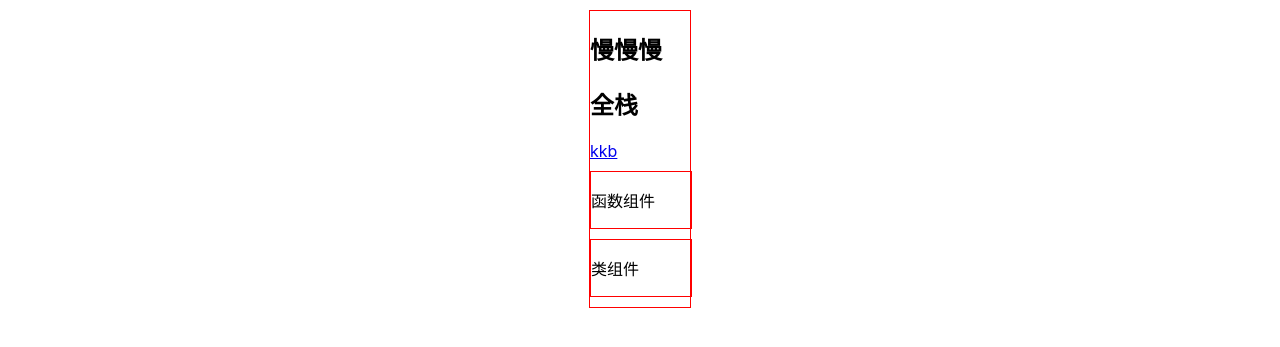
Repository: guoshukun1994/reactByHandWriting
Page: /
The author's editor kept a copy of each file at every save. The page is drawn from the files as they stood at one save, then again after the next save.
The browser window is 1280 px wide. The pictures show the whole page.
The project was rebuilt for these pictures with package versions that can differ from the ones it lists, and the page was loaded fresh each time.

Above is the page before, as saved 2021-02-10 10:04:51.

### src/index.js
import ReactDOM from 'react-dom';
import React, { Component } from 'react';   // 类组件需要用到
// import ReactDOM from './kreact/react-dom';
import './index.css';

// 函数组件02
function FunctionComponent(props) {
  return (
    <div className="border">
      <p>{props.name}</p>
    </div>
  )
}

// 类组件03
class ClassComponent extends Component {
  render() {
    return (
      <div className="border">
        <p>{this.props.name}</p>
      </div>
    )
  }
}

const jsx = (
  <section className="border">
    <h1>慢慢慢</h1>
    <h1>全栈</h1>
    <a href="https://www.kaikeba.com">kkb</a>
    <FunctionComponent name="函数组件"/>
    <ClassComponent name="类组件"/>
  </section>
);

ReactDOM.render(jsx, document.getElementById("root"));

// 原生节点和文本节点01
// const jsx = (
//   <section className="border">
//     <h1>慢慢慢</h1>
//     <h1>全栈</h1>
//     <a href="https://www.kaikeba.com">kkb</a>
//   </section>
// );

// ReactDOM.render(jsx, document.getElementById("root"));


// 原生标签节点，比如div、a等
// 文本节点
// 函数组件
// 类组件
// Fragment

### src/index.css
body {
  margin: 0;
  font-family: -apple-system, BlinkMacSystemFont, 'Segoe UI', 'Roboto', 'Oxygen',
    'Ubuntu', 'Cantarell', 'Fira Sans', 'Droid Sans', 'Helvetica Neue',
    sans-serif;
  -webkit-font-smoothing: antialiased;
  -moz-osx-font-smoothing: grayscale;
}

code {
  font-family: source-code-pro, Menlo, Monaco, Consolas, 'Courier New',
    monospace;
}

.border {
  width: 100px;
  border: 1px solid red;
  margin: 10px auto;
}

Loaded but not shown: public/index.html (common file)

After the next save:
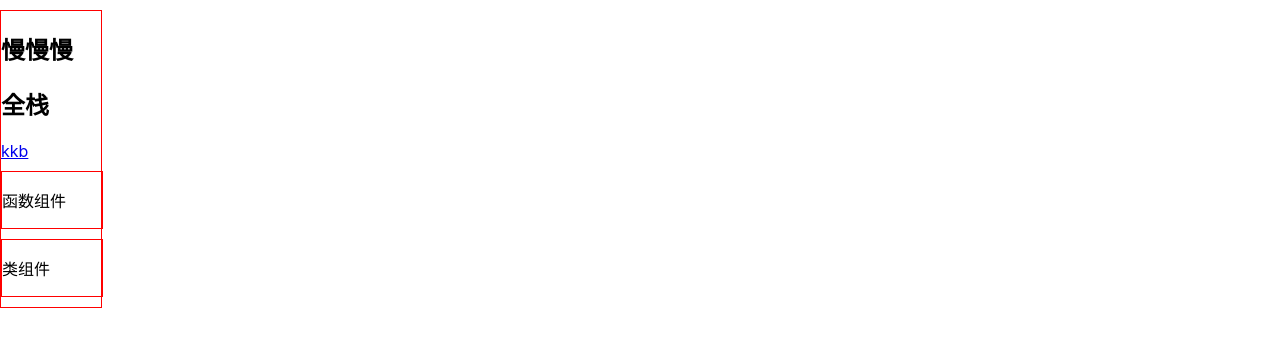
Saved 11 s later.
--- a/src/index.css
+++ b/src/index.css
@@ -15,5 +15,5 @@ code {
 .border {
   width: 100px;
   border: 1px solid red;
-  margin: 10px auto;
+  margin: 10px 0;
 }
